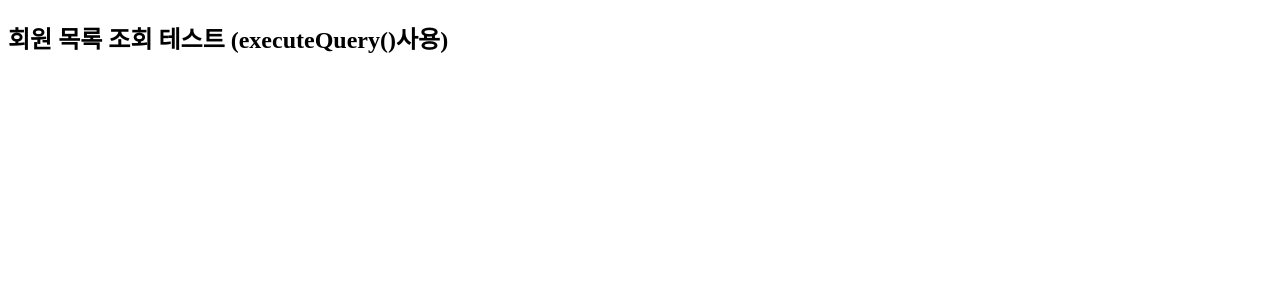
Repository: Charles0304/JSP
Page: http://localhost/MustHaveJSP/05JDBC/ExeQuery.jsp
The author's editor kept a copy of each file at every save. The page is drawn from the files as they stood at one save, then again after the next save.
The browser window is 1280 px wide. The pictures show the whole page.
The page is served by Tomcat 10. Nobody is signed in. The application's start-up code is not run. Queries for data that is not in the repository find no rows.

Above is the page before, as saved 2024-04-19 07:52:01.

After the next save:
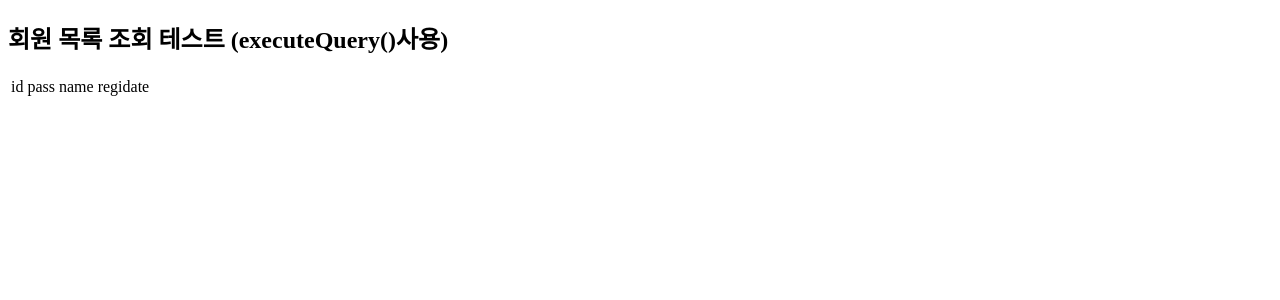
Saved 3 min 17 s later.
--- a/MustHaveJSP/src/main/webapp/05JDBC/ExeQuery.jsp
+++ b/MustHaveJSP/src/main/webapp/05JDBC/ExeQuery.jsp
@@ -21,6 +21,9 @@
 
 	ResultSet rs = stmt.executeQuery(sql);
 	out.println("<table>");
+	out.println(String.format("<tr><td>%s</td> <td>%s</td> <td>%s</td> <td>%s</td></tr>",
+			rs.getMetaData().getColumnLabel(1),rs.getMetaData().getColumnLabel(2),rs.getMetaData().getColumnLabel(3),rs.getMetaData().getColumnLabel(4)));
+
 	while(rs.next()){
 		String id = rs.getString(1);
 		String pw = rs.getString(2);
